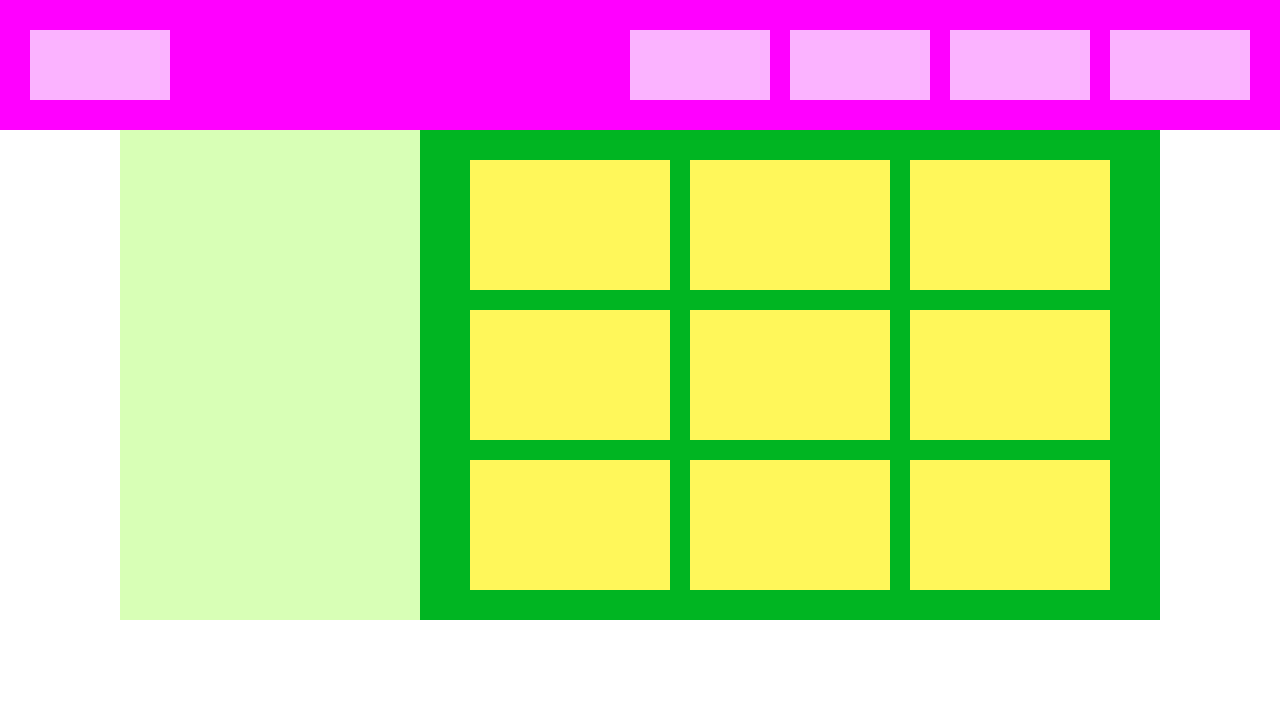
Repository: ego-boosting/html-practice1
Page: flexbox_1/flex.html
The author's editor kept a record of every edit. The page is drawn from the files as they stood at one moment, then again after the next edit.
The browser window is 1280 px wide. The pictures show the whole page.

Above is the page before.

After the next edit:
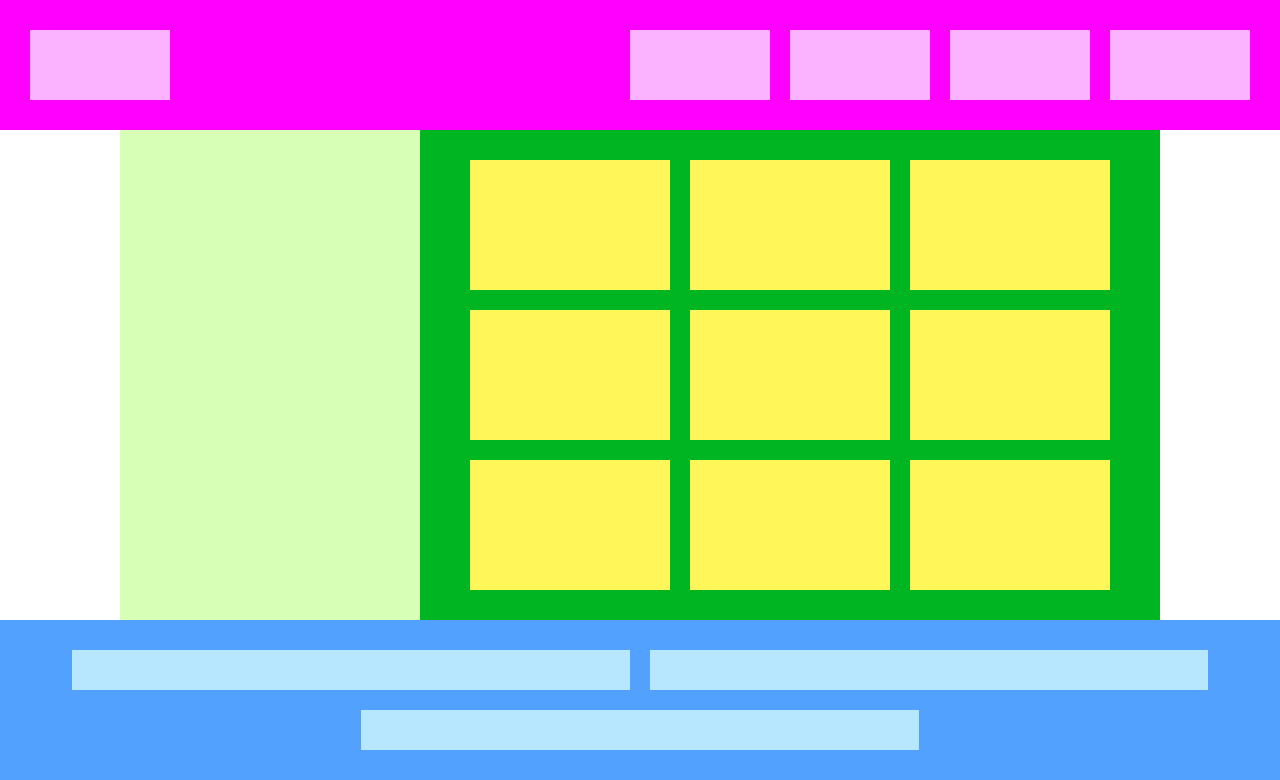
The edit:
--- a/flexbox_1/flex.html
+++ b/flexbox_1/flex.html
@@ -28,7 +28,12 @@
         <div></div>
         </div>
       </div>
-    </main>
+
+      <div class="footer">
+        <div></div>
+        <div></div>
+        <div></div>
+      </div>
 
   </body>
   </html>
